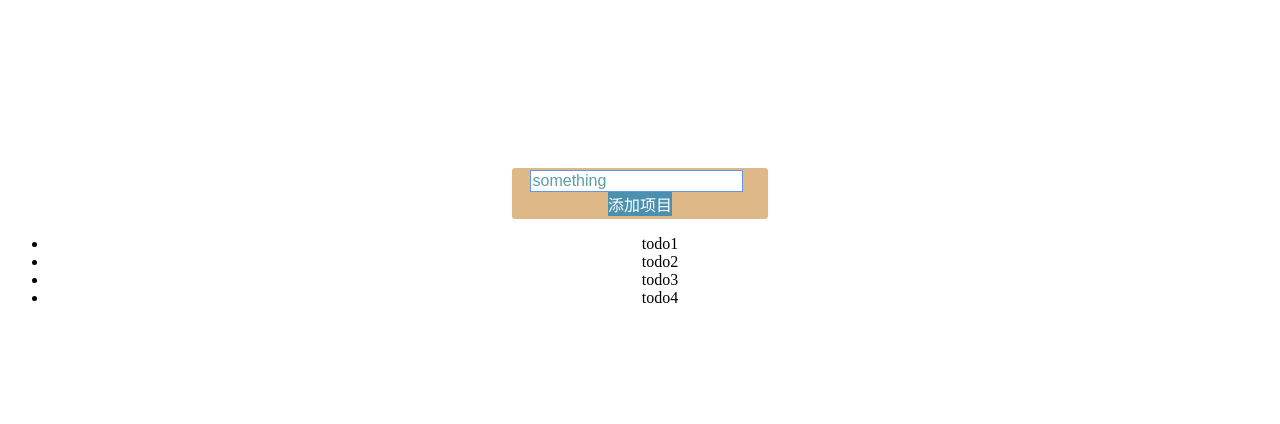
Repository: ArtemisWang/todolistProject
Page: /
The author's editor kept a copy of each file at every save. The page is drawn from the files as they stood at one save, then again after the next save.
The browser window is 1280 px wide. The pictures show the whole page.
The project was rebuilt for these pictures with package versions that can differ from the ones it lists, and the page was loaded fresh each time.

Above is the page before, as saved 2020-02-28 21:46:47.

### src/App.js
import React,{useState} from 'react';
import './App.css'
const App=function(){

    const [list, setList]=useState(['todo1','todo2','todo3','todo4'])
    const [content, setContent]=useState('something')

    function addItem(){
        setList([...list,content])
        setContent('')
    }

    function changeContent(e){
        setContent(e.target.value)
        return content
    }

    function deleteItem(i){
        setList(list.filter((x,index)=>index!==i))
    }

    return (
    <div className='app'>
        <div className='input'>
            <input onChange={changeContent} value={content} className='input-text'/>
            <button onClick={addItem} className='button'>添加项目</button>
        </div>
        <div className='u-list'>
            <ul>
                {list.map((it,i)=>(<li key={it+i} onClick={deleteItem.bind(this,i)}>{it}</li>))}
            </ul>
        </div>
    </div>)
}




export default App

### src/App.css
.app{
    text-align: center;
    padding-top: 10rem;
}

.input{
    display: block;
    background-color: burlywood;
    width: 16rem;
    margin-left:auto;
    margin-right:auto;
    padding-top: 0.1rem;
    padding-bottom: 0.2rem;
    border-radius: .2rem;
}

.input-text{
    color: cadetblue;
    border: cornflowerblue solid 1px;
    display: inline-flex;
    margin-right: .5rem;
    font-size: 1rem;
}

.button {
    background-color: rgb(76, 144, 175); /* Green */
    border: none;
    color: white;
    padding: 0;
    text-align: center;
    text-decoration: none;
    display: inline-flex;
    font-size: 1rem;
}

Loaded but not shown: public/index.html (common file); src/index.js (common file)

After the next save:
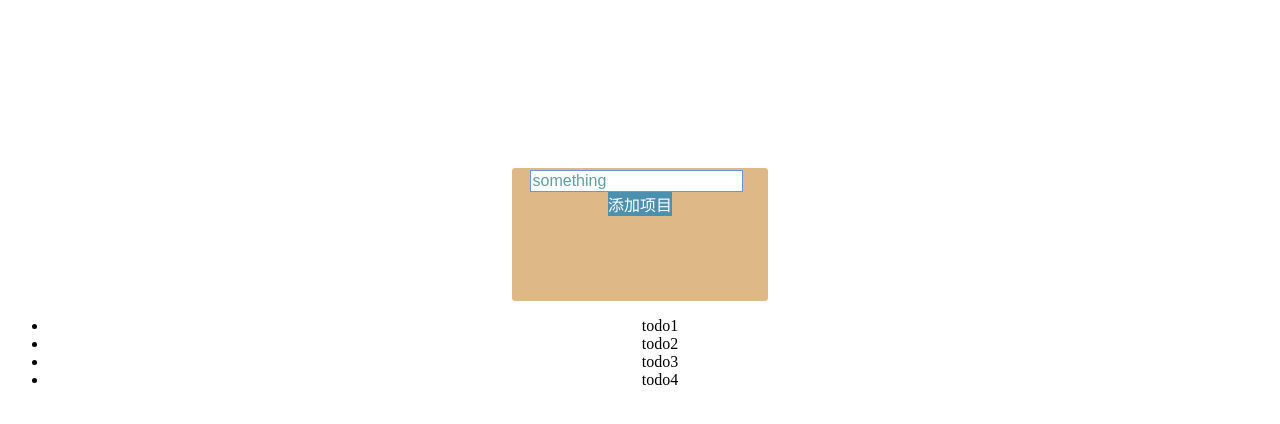
Saved 20 s later.
--- a/src/App.css
+++ b/src/App.css
@@ -12,6 +12,7 @@
     padding-top: 0.1rem;
     padding-bottom: 0.2rem;
     border-radius: .2rem;
+    height: 8rem;
 }
 
 .input-text{
